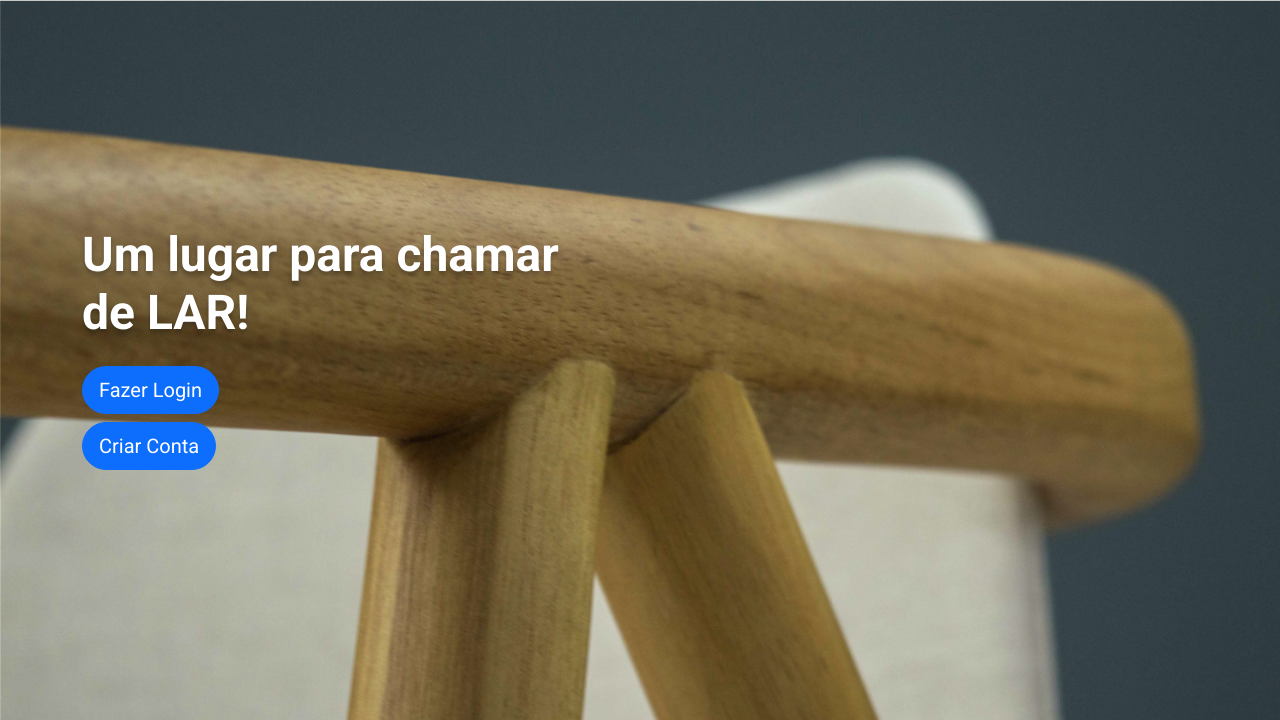
Repository: telesbp/Projeto-4-e-Projeto-5
Page: / (app in front-end/)
These files come from the project's save history. The page is drawn as it stood at one moment and after the next save; the edit follows.
The browser window is 1280 px wide. The pictures show the whole page.
The project was rebuilt for these pictures with package versions that can differ from the ones it lists, and the page was loaded fresh each time.

Above is the page before, as saved 2022-07-17 15:46:51.

After the next save:
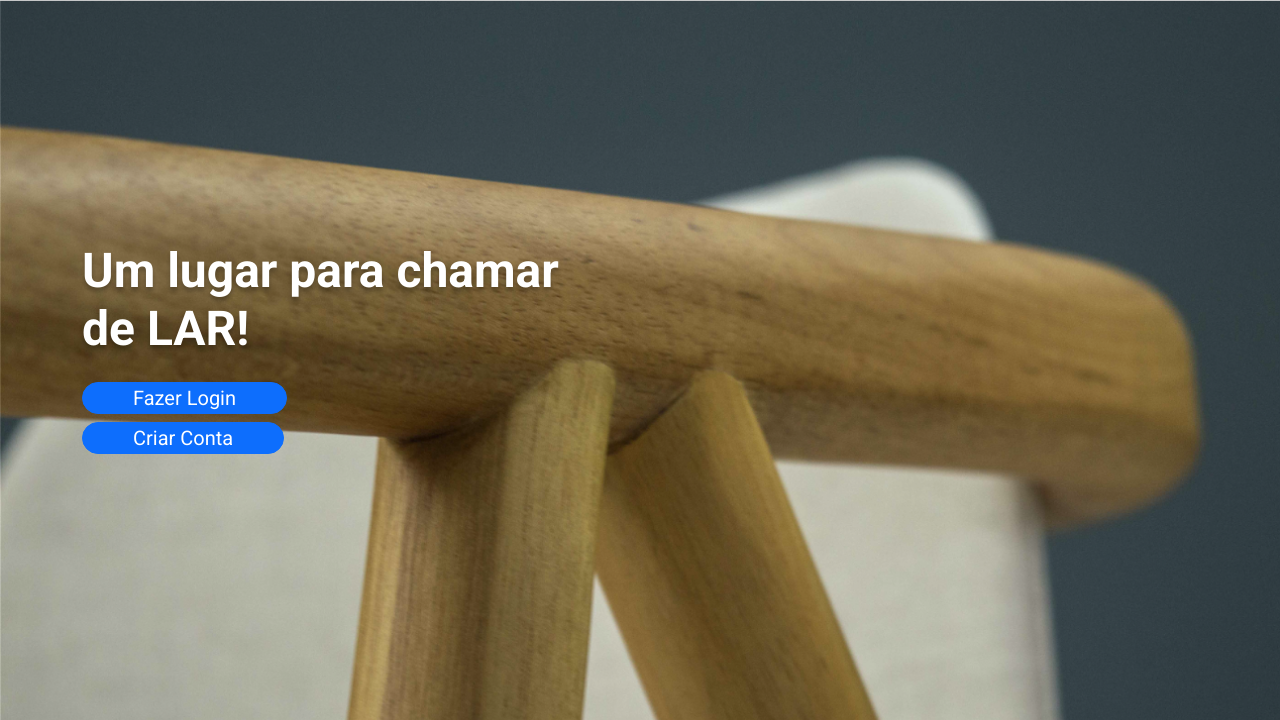
Saved 68 s later.
--- a/front-end/src/components/CustomButton/index.tsx
+++ b/front-end/src/components/CustomButton/index.tsx
@@ -9,4 +9,5 @@ export function CustomButton(props: ButtonProps ) {
 const ButtonStyled = styled(Button)`
     border-radius: 50px;
     font-weight: 500;
+    padding:0 50px 0 50px;
 `
